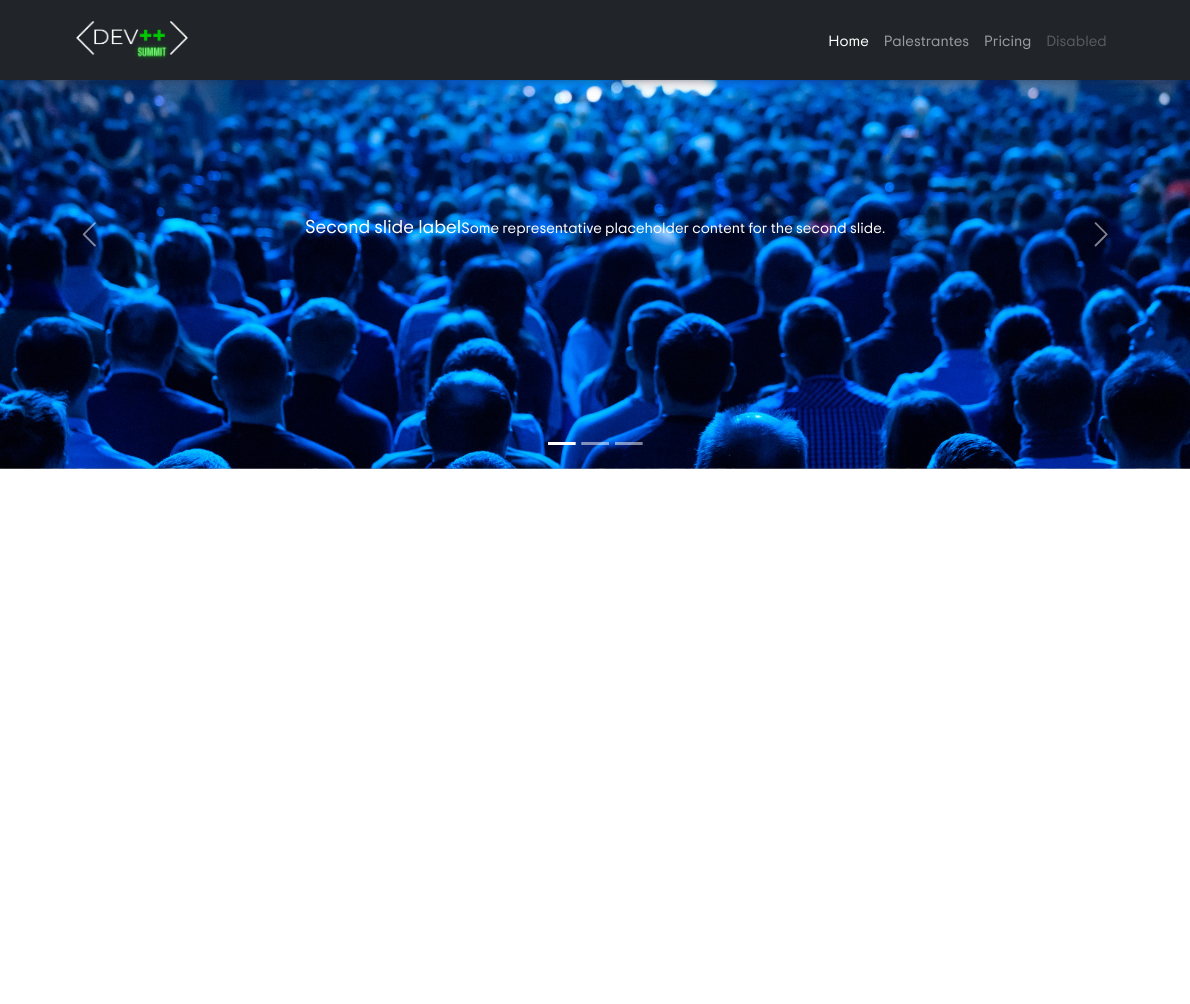
Repository: GScholl/ProjetoWeb_
Page: index.html
An editor plug-in stored every save of this project. The page is shown before and after the next save, followed by the edit.
The browser window is 1280 px wide. The pictures show the whole page, at 93% of full size.

Above is the page before, as saved 2023-08-23 09:58:54.

After the next save:
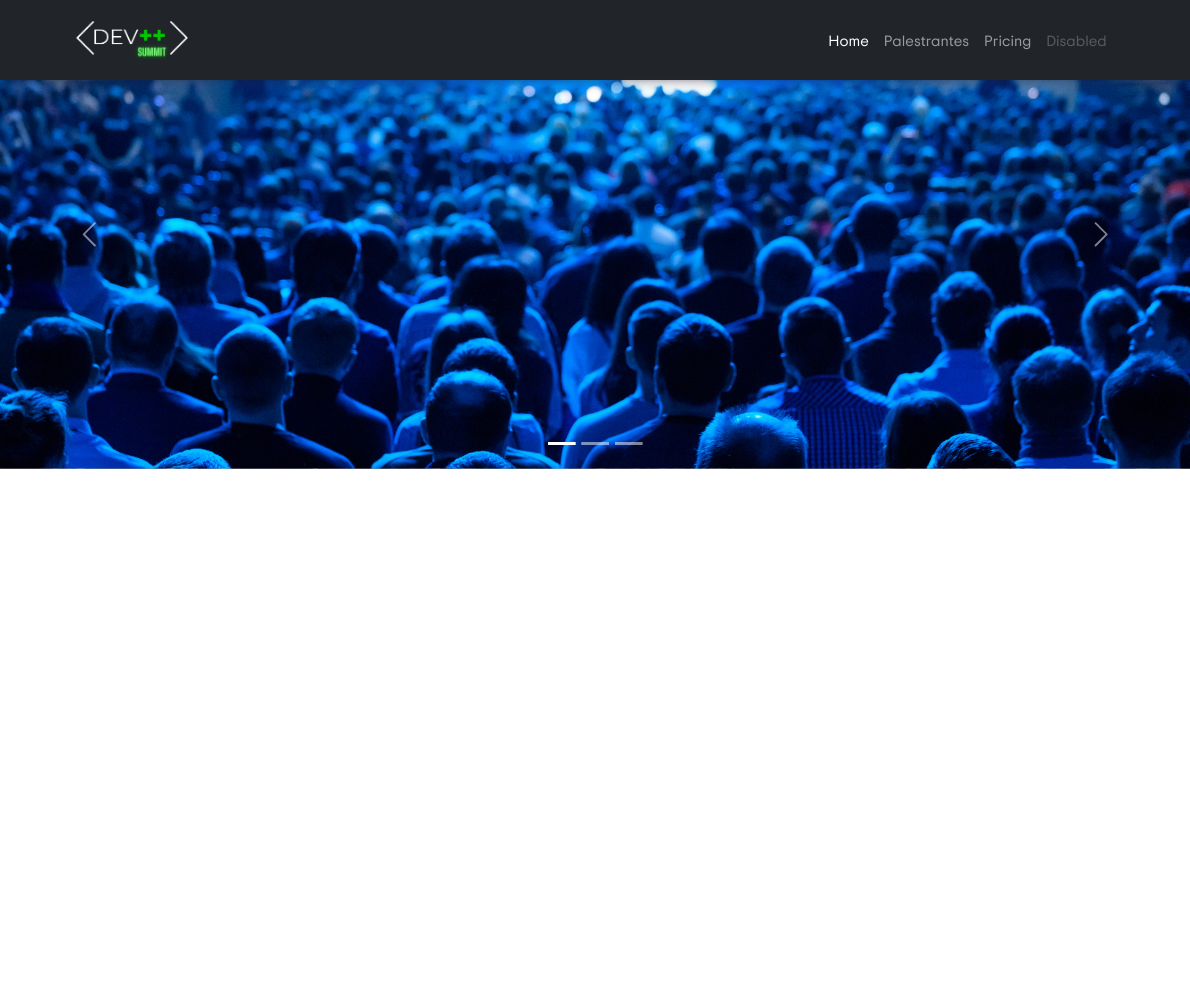
Saved 6 s later.
--- a/index.html
+++ b/index.html
@@ -57,7 +57,7 @@
     </div>
     <div class="carousel-item d-flex justify-content-center align-items-center item-2 ">
 
-      <div class="text-white d-none d-md-flex">
+      <div class="text-white w-h-100 d-none d-md-flex">
         <h5>Second slide label</h5>
         <p>Some representative placeholder content for the second slide.</p>
       </div>
